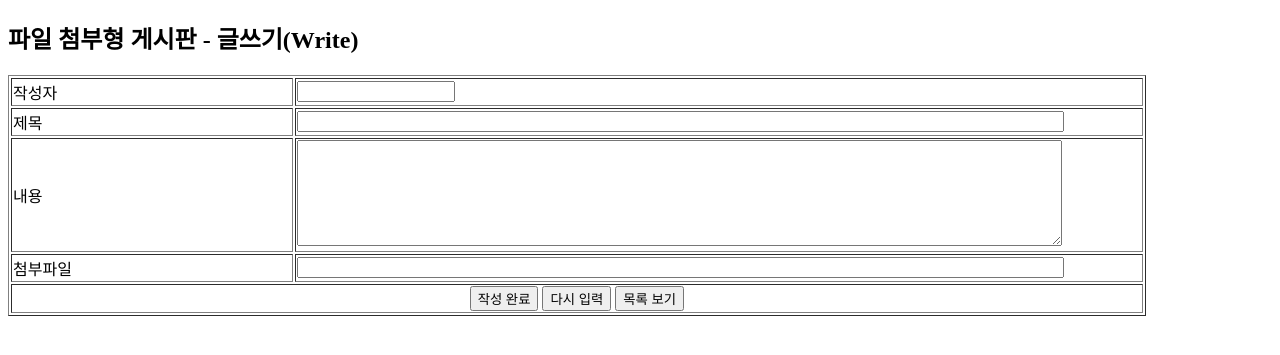
Repository: Motibidu/JSP_Servlet
Page: http://localhost/MushHaveJsp/mvcboard/write.do
The author's editor kept a copy of each file at every save. The page is drawn from the files as they stood at one save, then again after the next save.
The browser window is 1280 px wide. The pictures show the whole page.
The page is served by Tomcat 10.

Above is the page before, as saved 2025-05-15 06:14:49.

After the next save:
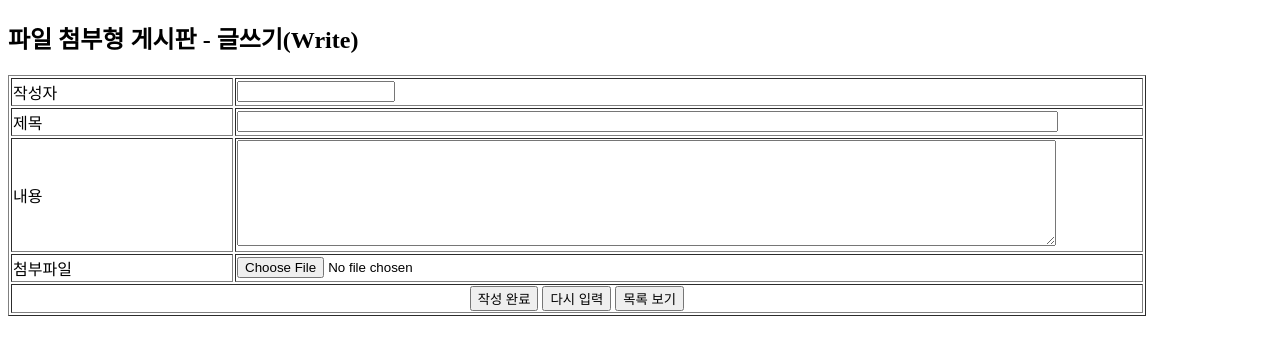
Saved 17 s later.
--- a/MushHaveJsp/src/main/webapp/14MVCBoard/Write.jsp
+++ b/MushHaveJsp/src/main/webapp/14MVCBoard/Write.jsp
@@ -58,7 +58,7 @@
         <tr>
             <td>첨부파일</td>
             <td>
-                <input type="text" name="title" style="width: 90%;" />
+                <input type="file" name="ofile"/>
             </td>
         </tr>
         <tr>
